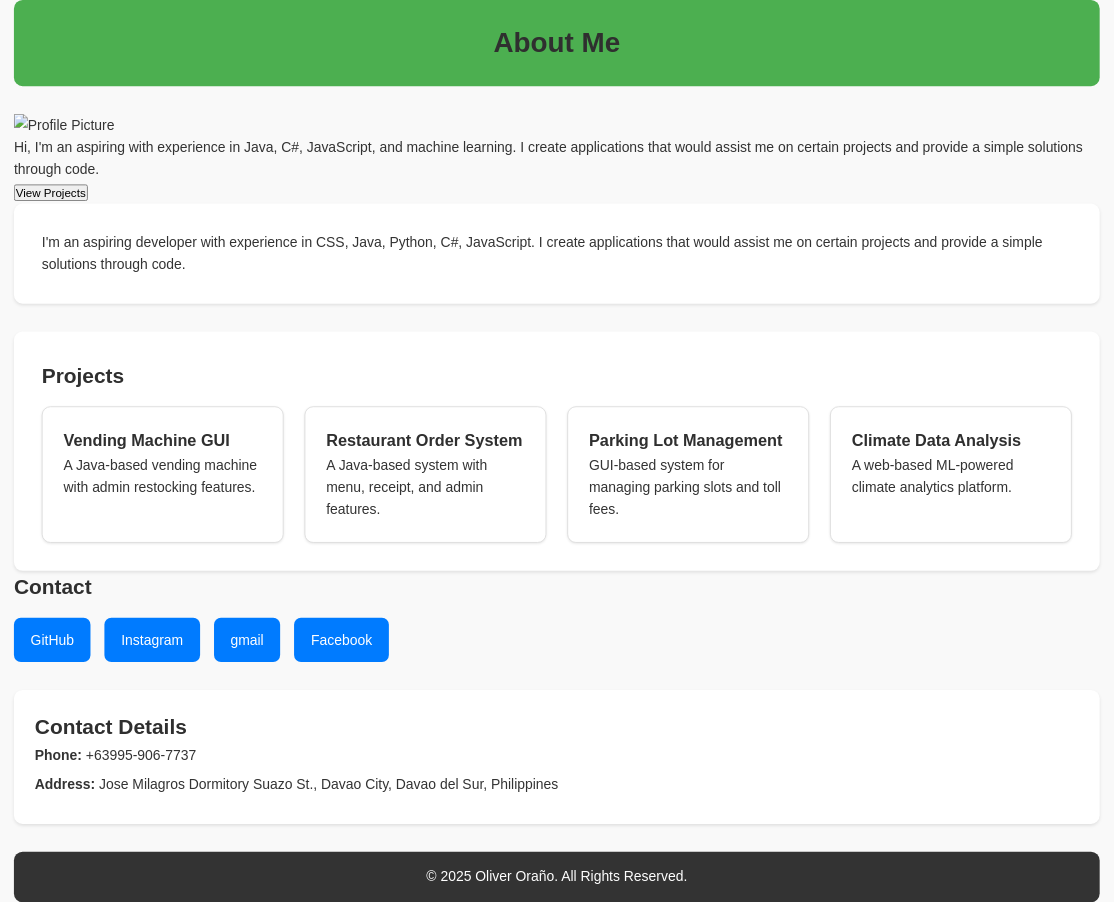
Repository: nightmar3fuel/portfolio.html
Page: my.html
An editor plug-in stored every save of this project. The page is shown before and after the next save, followed by the edit.
The browser window is 1280 px wide. The pictures show the whole page, at 87% of full size.

Above is the page before, as saved 2025-02-06 14:14:37.
Not found: profile.jpg

### my.html
<!DOCTYPE html>
<html lang="en">

<head>
    <meta charset="UTF-8">
    <meta name="viewport" content="width=device-width, initial-scale=1.0">
    <title>About Me - Portfolio</title>
    <link rel="stylesheet" href="styles.css">
</head>

<body>
    <header>
        <h1>About Me</h1>
    </header>
    <section id="profile">
        <div class="profile-container">
            <img src="profile.jpg" alt="Profile Picture" class="profile-picture">
            <p class="profile-description">Hi, I'm an aspiring with experience in Java, C#, JavaScript, and machine learning. I create applications that would assist me on certain projects and provide a simple solutions through code.</p>
            <button class="view-projects-btn" onclick="window.location.href='projects.html'">View Projects</button>
        </div>
    </section>
    <section id="about">
        <p>I'm an aspiring developer with experience in CSS, Java, Python, C#, JavaScript. I create applications that would assist me on certain projects and provide a simple solutions through code.</p>
    </section>
    <section id="projects">
        <h2>Projects</h2>
        <div class="project-container">
            <div class="project" onclick="openProject('#')">
                <h3>Vending Machine GUI</h3>
                <p>A Java-based vending machine with admin restocking features.</p>
            </div>
            <div class="project" onclick="openProject('#')">
                <h3>Restaurant Order System</h3>
                <p>A Java-based system with menu, receipt, and admin features.</p>
            </div>
            <div class="project" onclick="openProject('#')">
                <h3>Parking Lot Management</h3>
                <p>GUI-based system for managing parking slots and toll fees.</p>
            </div>
            <div class="project" onclick="openProject('#')">
                <h3>Climate Data Analysis</h3>
                <p>A web-based ML-powered climate analytics platform.</p>
            </div>
        </div>
    </section>
    <section id="contact">
        <h2>Contact</h2>
        <div class="contact-links">
            <a href="https://github.com/nightmar3fuel" target="_blank">GitHub</a>
            <a href="https://instagram.com/oliverrrrro" target="_blank">Instagram</a>
            <a href="oliverorano141@gmail.com">gmail</a>
            <a href="https://facebook.com/oliver.orano" target="_blank">Facebook</a>

        </div>
    </section>
    <section id="contact-details">
        <h2>Contact Details</h2>
        <p><strong>Phone:</strong> +63995-906-7737</p>
        <p><strong>Address:</strong> Jose Milagros Dormitory Suazo St., Davao City, Davao del Sur, Philippines</p>
    </section>
    <footer>
        <p>&copy; 2025 Oliver Oraño. All Rights Reserved.</p>
    </footer>
    <script src="script.js"></script>
</body>

</html>

### styles.css
/* General Reset */

* {
    margin: 0;
    padding: 0;
    box-sizing: border-box;
    font-family: 'Arial', sans-serif;
}

body {
    background-color: #f9f9f9;
    color: #333;
    line-height: 1.6;
    padding: 0 1rem;
}

header {
    background-color: #4CAF50;
    color: white;
    padding: 1.5rem 0;
    text-align: center;
    border-radius: 10px;
    margin-bottom: 2rem;
}

h1,
h2,
h3 {
    color: #2f2f2f;
}


/* About Section */

#about {
    background: white;
    padding: 2rem;
    margin-bottom: 2rem;
    border-radius: 10px;
    box-shadow: 0 2px 4px rgba(0, 0, 0, 0.1);
}


/* Projects Section */

#projects {
    background: white;
    padding: 2rem;
    border-radius: 10px;
    box-shadow: 0 2px 4px rgba(0, 0, 0, 0.1);
}

.project-container {
    display: grid;
    grid-template-columns: repeat(auto-fill, minmax(250px, 1fr));
    gap: 1.5rem;
    margin-top: 1rem;
}

.project {
    background-color: #fff;
    padding: 1.5rem;
    border: 1px solid #ddd;
    border-radius: 10px;
    box-shadow: 0 1px 3px rgba(0, 0, 0, 0.1);
    cursor: pointer;
    transition: transform 0.2s, box-shadow 0.2s;
}

.project:hover {
    transform: translateY(-5px);
    box-shadow: 0 4px 8px rgba(0, 0, 0, 0.2);
}


/* Contact Links */

.contact-links {
    display: flex;
    flex-wrap: wrap;
    gap: 1rem;
    margin: 1rem 0;
}

.contact-links a {
    text-decoration: none;
    color: white;
    background-color: #007BFF;
    padding: 0.8rem 1.2rem;
    border-radius: 8px;
    transition: background-color 0.2s ease;
}

.contact-links a:hover {
    background-color: #0056b3;
}


/* Contact Details */

#contact-details {
    background: white;
    padding: 1.5rem;
    margin-top: 2rem;
    border-radius: 10px;
    box-shadow: 0 2px 4px rgba(0, 0, 0, 0.1);
}

#contact-details p {
    margin-bottom: 0.5rem;
}


/* Footer */

footer {
    background-color: #333;
    color: white;
    text-align: center;
    padding: 1rem 0;
    margin-top: 2rem;
    border-radius: 10px;
}

### script.js
function openProject(url) {
    if (url !== "#") {
        window.open(url, "_blank");
    } else {
        alert("Project link not available yet!");
    }
}

document.addEventListener("DOMContentLoaded", function() {
    document.querySelectorAll(".project").forEach(function(project) {
        project.addEventListener("click", function() {
            const url = this.getAttribute("onclick").match(/'([^']+)'/)[1];
            openProject(url);
        });
    });
});

After the next save:
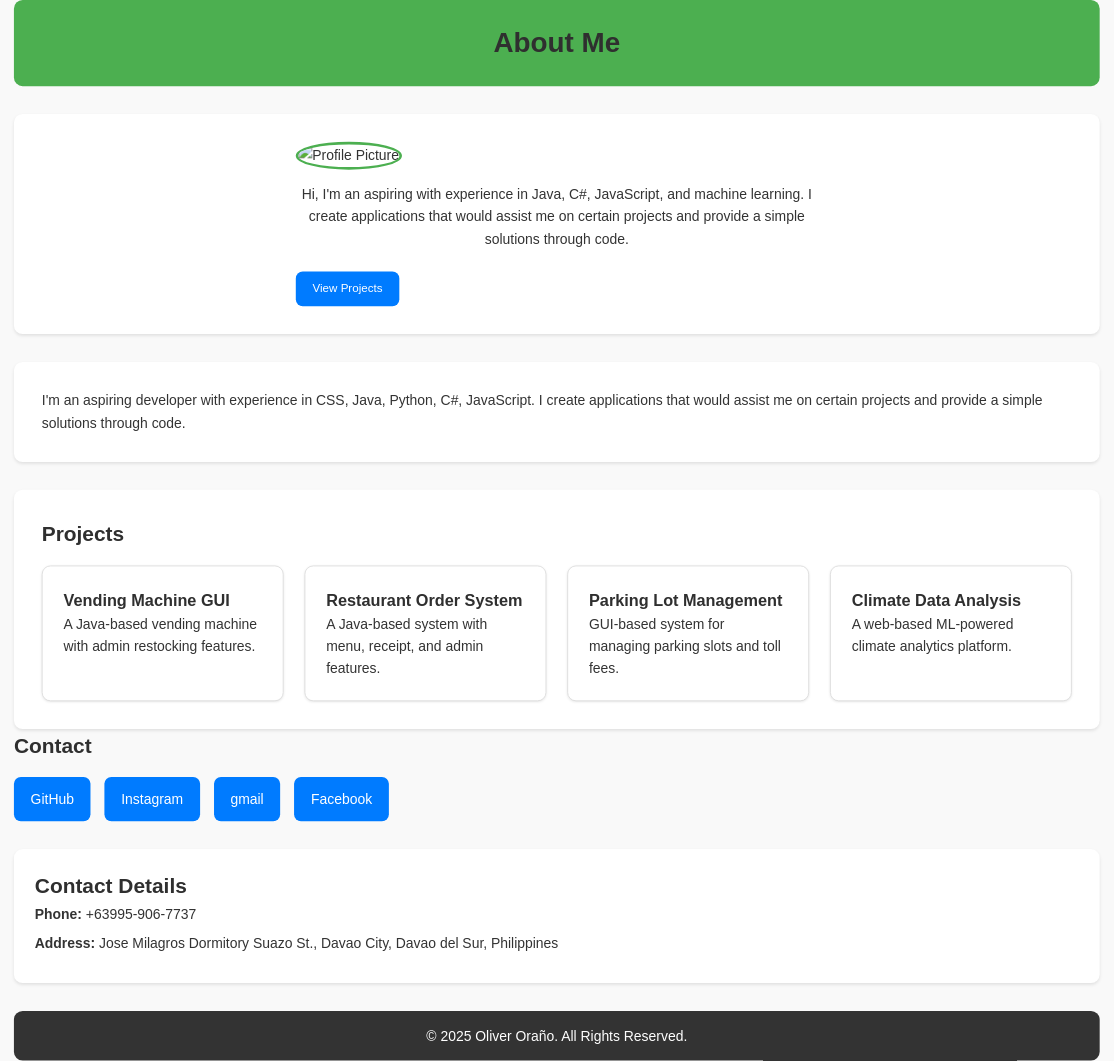
Saved 2 min 55 s later.
--- a/styles.css
+++ b/styles.css
@@ -27,6 +27,50 @@ h1,
 h2,
 h3 {
     color: #2f2f2f;
+}
+
+
+/* Profile Section */
+
+#profile {
+    display: flex;
+    flex-direction: column;
+    align-items: center;
+    text-align: justify;
+    background: white;
+    padding: 2rem;
+    margin-bottom: 2rem;
+    border-radius: 10px;
+    box-shadow: 0 2px 4px rgba(0, 0, 0, 0.1);
+}
+
+.profile-picture {
+    width: 150px;
+    height: 150px;
+    border-radius: 50%;
+    object-fit: cover;
+    border: 3px solid #4CAF50;
+    margin-bottom: 1rem;
+}
+
+.profile-description {
+    max-width: 600px;
+    text-align: center;
+    margin-bottom: 1.5rem;
+}
+
+.view-projects-btn {
+    background-color: #007BFF;
+    color: white;
+    padding: 0.8rem 1.2rem;
+    border: none;
+    border-radius: 8px;
+    cursor: pointer;
+    transition: background-color 0.2s ease;
+}
+
+.view-projects-btn:hover {
+    background-color: #0056b3;
 }
 
 
@@ -89,6 +133,14 @@ h3 {
     padding: 0.8rem 1.2rem;
     border-radius: 8px;
     transition: background-color 0.2s ease;
+    display: flex;
+    align-items: center;
+    gap: 0.5rem;
+}
+
+.contact-links a img {
+    width: 20px;
+    height: 20px;
 }
 
 .contact-links a:hover {
